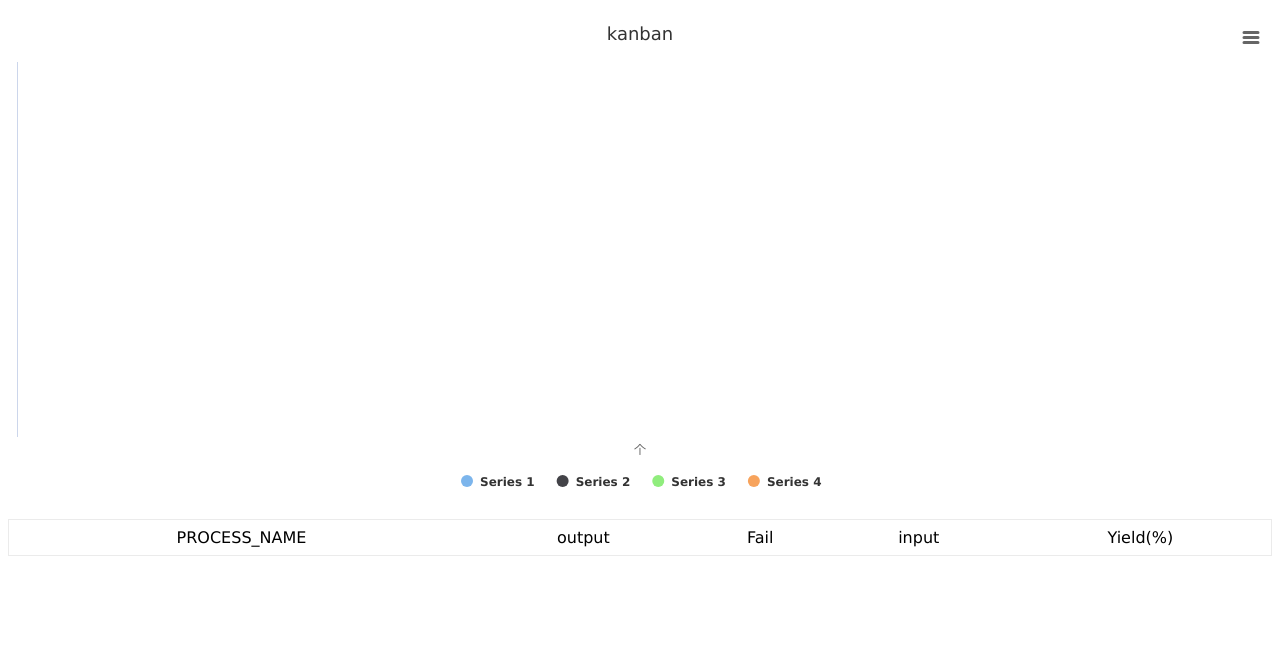
Repository: zxj19880502/mycode
Page: http://localhost/test1/line.jsp
These files come from the project's save history. The page is drawn as it stood at one moment and after the next save; the edit follows.
The browser window is 1280 px wide. The pictures show the whole page.
The page is served by Tomcat 9. Queries for data that is not in the repository find no rows.

Above is the page before, as saved 2022-02-17 06:16:09.

After the next save:
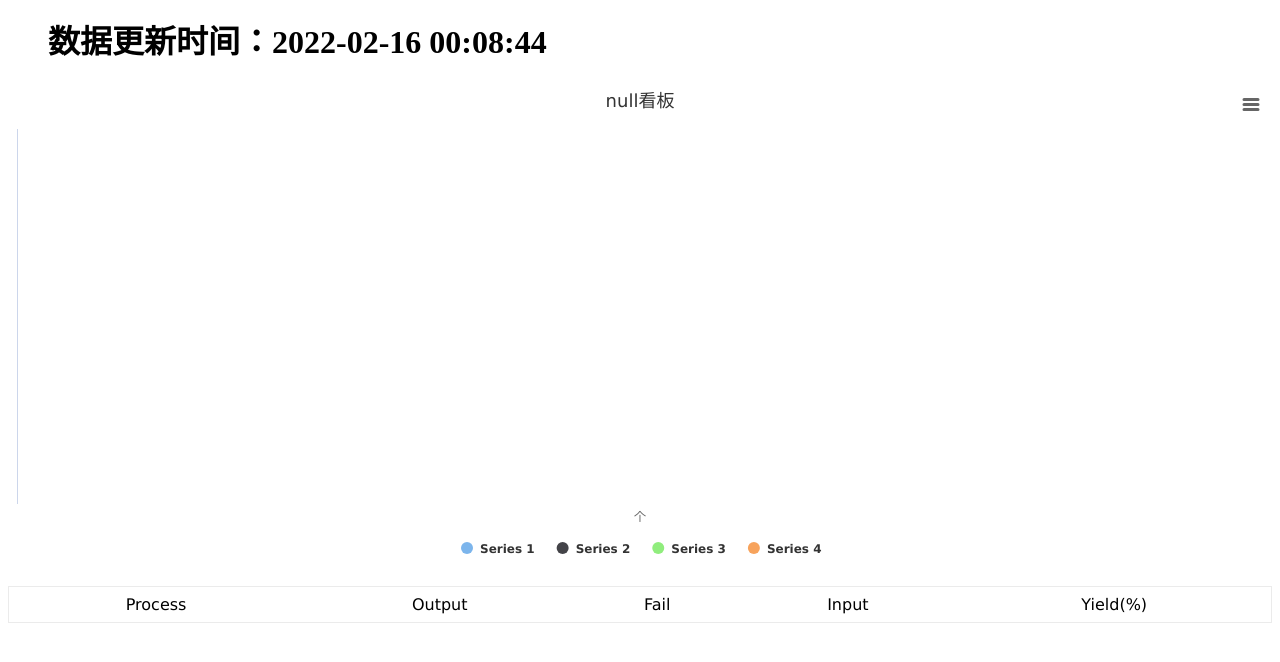
Saved 82 s later.
--- a/apache-tomcat-8.5.73/webapps/ROOT/test1/line.jsp
+++ b/apache-tomcat-8.5.73/webapps/ROOT/test1/line.jsp
@@ -80,20 +80,22 @@ String starday = request.getParameter("day");//用request得到
 String startime = request.getParameter("time");//用request得到
 String endday = request.getParameter("endday");//用request得到
 String endtime = request.getParameter("endtime");//用request得到
-String datetime = new SimpleDateFormat("yyyyMMdd").format(Calendar.getInstance().getTime());//系统时间
+String datetime = new SimpleDateFormat("yyyy-MM-dd HH:mm:ss").format(Calendar.getInstance().getTime());//系统时间
 
 ResultSet rs=stmt.executeQuery("SELECT PROCESS_NAME,SUM(PASS_QTY)as good,sum(FAIL_QTY) as Fail,sum(PASS_QTY+FAIL_QTY)as input,round(SUM(PASS_QTY)/sum(PASS_QTY +FAIL_QTY)*100,2)as Yield from input_qtyc where PDLINE_NAME='"+name+"'AND WORK_DATE||WORK_TIME between to_CHAR('"+startime+""+starday+"')and to_char('"+endtime+""+endday+"') GROUP BY PROCESS_NAME ORDER BY Fail DESC   ");
 
 %>
 
 <figure class="highcharts-figure">
+<tr><td><h1>&nbsp;&nbsp;&nbsp;&nbsp;&nbsp;数据更新时间：<%=datetime %></h1></td></tr>
     <div id="container"></div>
+
 <table  id="datatable">
     <tr>
-        <td>PROCESS_NAME</td>
-       <td>output</td>
+        <td>Process</td>
+       <td>Output</td>
          <td>Fail</td>
-        <td>input</td>
+        <td>Input</td>
         <td>Yield(%)</td>
     </tr>
     <% while(rs.next()){ %>
@@ -167,7 +169,7 @@ Highcharts.chart('container', {
         }
     },
     title: {
-		text: 'kanban'
+		text: '<%=name %>看板'
 		// 该功能依赖 data.js 模块，详见https://www.hcharts.cn/docs/data-modules
 	},
 	yAxis: {
